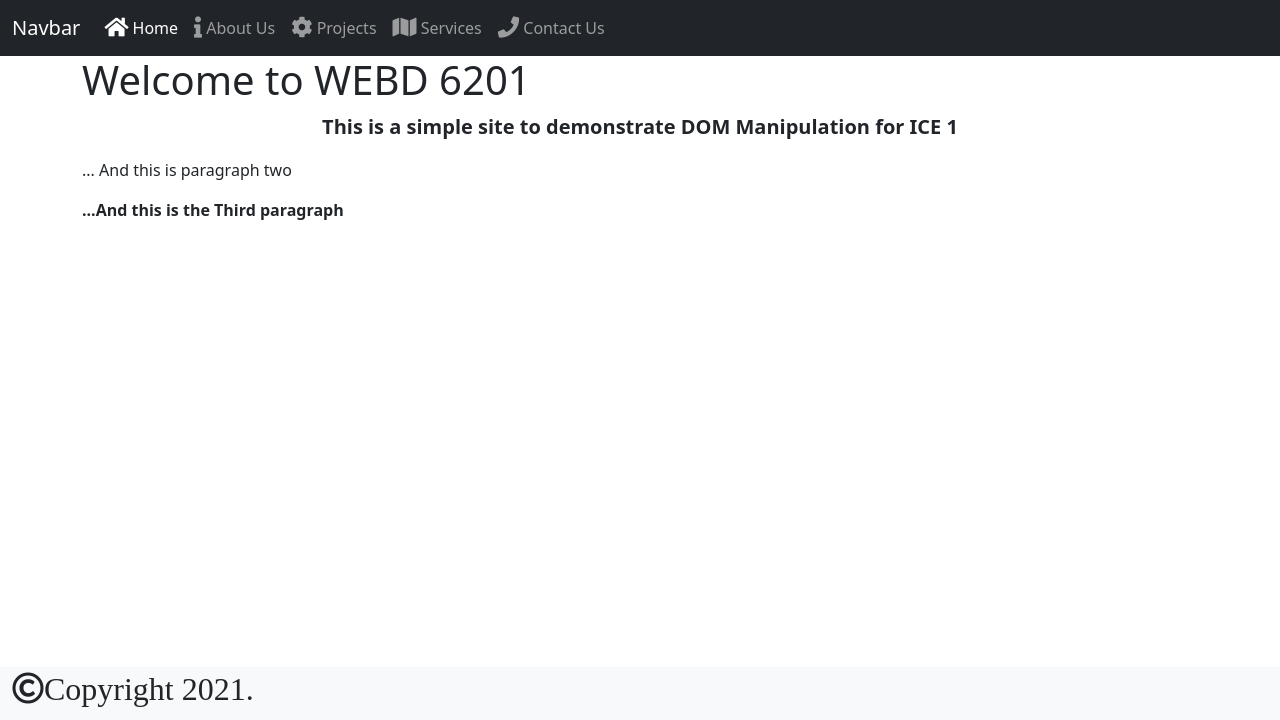
Repository: vans12345678/WEBD6201-W2021-Week3
Page: index.html
These files come from the project's save history. The page is drawn as it stood at one moment and after the next save; the edit follows.
The browser window is 1280 px wide. The pictures show the whole page.

Above is the page before, as saved 2021-01-21 08:25:43.

After the next save:
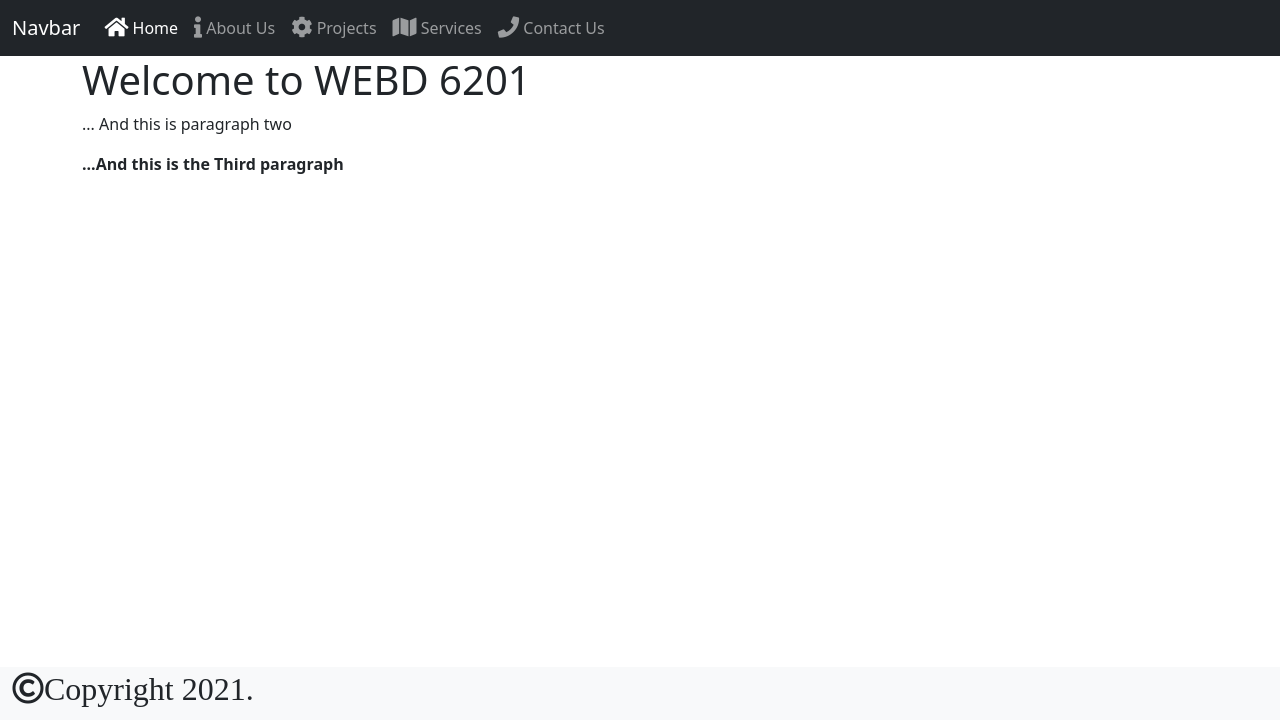
Saved 3 min 7 s later.
--- a/Scripts/app.js
+++ b/Scripts/app.js
@@ -38,8 +38,14 @@
         // mainContent.innerHTML = paragraphThree;
         // console.log(paragraphOneElement);
 
-        //insertions
+        //insertion before node
+        //newParagraph.before(paragraphDiv);
+
+        //insertion after node
         newParagraph.after(paragraphDiv);
+
+        //deltions
+        paragraphOneElement.remove();
 
 
     }
